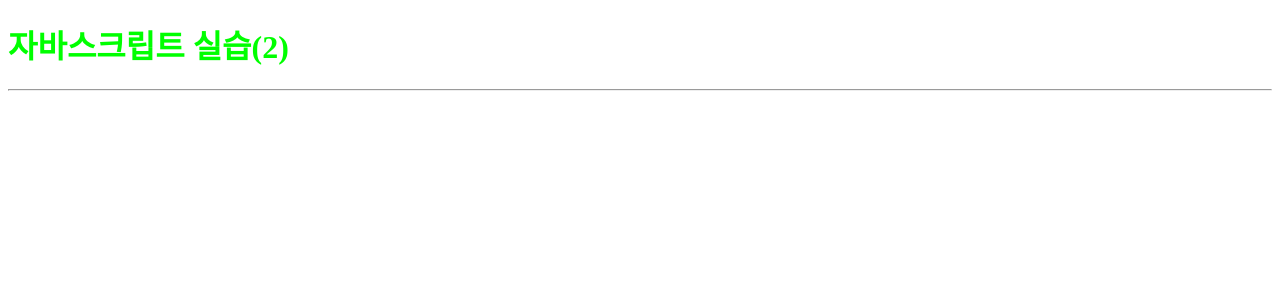
Repository: jhsnex123/web_study
Page: edu/src/main/webapp/jsexam/exercise2.html
The author's editor kept a copy of each file at every save. The page is drawn from the files as they stood at one save, then again after the next save.
The browser window is 1280 px wide. The pictures show the whole page.

Above is the page before, as saved 2024-09-20 07:36:12.
Console error: TypeError: document.white is not a function

### edu/src/main/webapp/jsexam/exercise2.html
<!DOCTYPE html>
<html>
<head>
<meta charset="UTF-8">
<title>Insert title here</title>
<style>
h1{
color : lime;
}

</style>
</head>
<body>
<h1>자바스크립트 실습(2)</h1>
<hr>
<script>
	var rand = Math.random()*10;
	var start =Math.floor(rand+1);
	console.log(start);

	var rand2 = Math.random()*10;
	var end = Math.floor(rand2+11);
	console.log(end);

	sum = start+end;
	console.log(sum);

	var num = 0;
	console.log(typeof sum);
	document.white(sum);

</script>

<h2></h2>
</body>
</html>

After the next save:
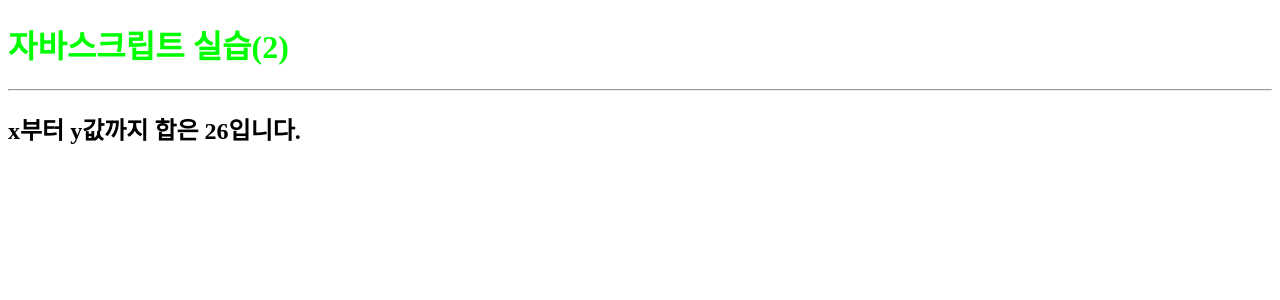
The error is gone.
Saved 3 min 56 s later.
--- a/edu/src/main/webapp/jsexam/exercise2.html
+++ b/edu/src/main/webapp/jsexam/exercise2.html
@@ -25,9 +25,8 @@ color : lime;
 	sum = start+end;
 	console.log(sum);
 
-	var num = 0;
 	console.log(typeof sum);
-	document.white(sum);
+	document.write("<h2> x부터 y값까지 합은 "+sum+"입니다. </h2>");
 
 </script>
 
